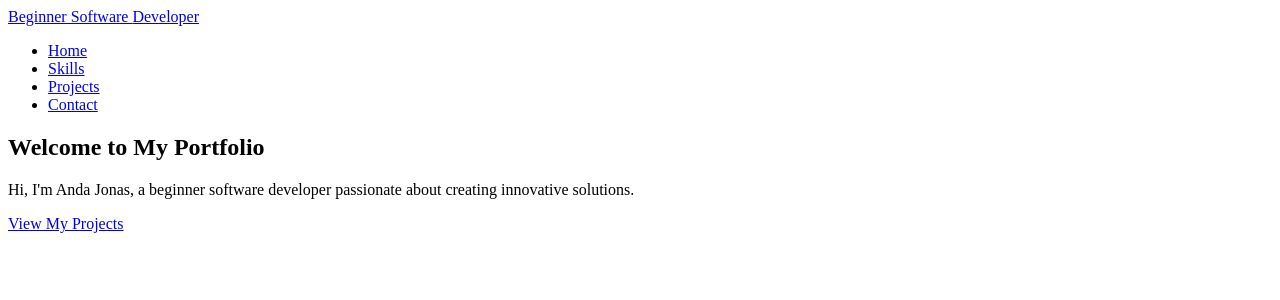
Repository: andajonas/ANDJON25111_fto2505_A_Anda-Jonas_CDV05
Page: index.html
An editor plug-in stored every save of this project. The page is shown before and after the next save, followed by the edit.
The browser window is 1280 px wide. The pictures show the whole page.

Above is the page before, as saved 2025-09-19 15:57:39.

### index.html
<!DOCTYPE html>
<html lang="en">
<head>
    <meta charset="UTF-8">
    <meta name="viewport" content="width=device-width, initial-scale=1.0">
    <title>Anda Jonas| Developer Portfolio </title>

</head>
<body>
    <!-- Header and Navigation -->
     <header>
        <div class="container">
            <nav>
                <a href="#" class="logo">Beginner Software <span>Developer</span></a>
                <ul class="nav-links">
                    <li><a href="#home">Home</a></li>
                    <li><a href="#skills">Skills</a></li>
                    <li><a href="#projects">Projects</a></li>
                    <li><a href="#contact">Contact</a></li>
                </ul>
            </nav>
        </div>
    </header>

    <!-- Hero Section -->
     <section id="home" class="hero">
        <div class="container">
            <div class="hero-content">
                <div class="hero-text">
                    <h1>Welcome to My Portfolio</h1>
                    <p>Hi, I'm Anda Jonas, a beginner software developer passionate about creating innovative solutions.</p>
                    <a href="#projects" class="btn">View My Projects</a>
            </div>
        </div>
     </section>

After the next save:
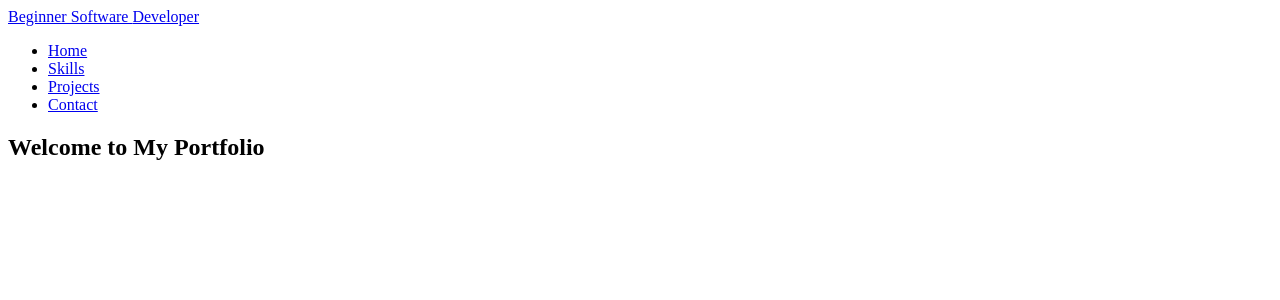
Saved 8 s later.
--- a/index.html
+++ b/index.html
@@ -28,8 +28,7 @@
             <div class="hero-content">
                 <div class="hero-text">
                     <h1>Welcome to My Portfolio</h1>
-                    <p>Hi, I'm Anda Jonas, a beginner software developer passionate about creating innovative solutions.</p>
-                    <a href="#projects" class="btn">View My Projects</a>
+
             </div>
         </div>
      </section>
